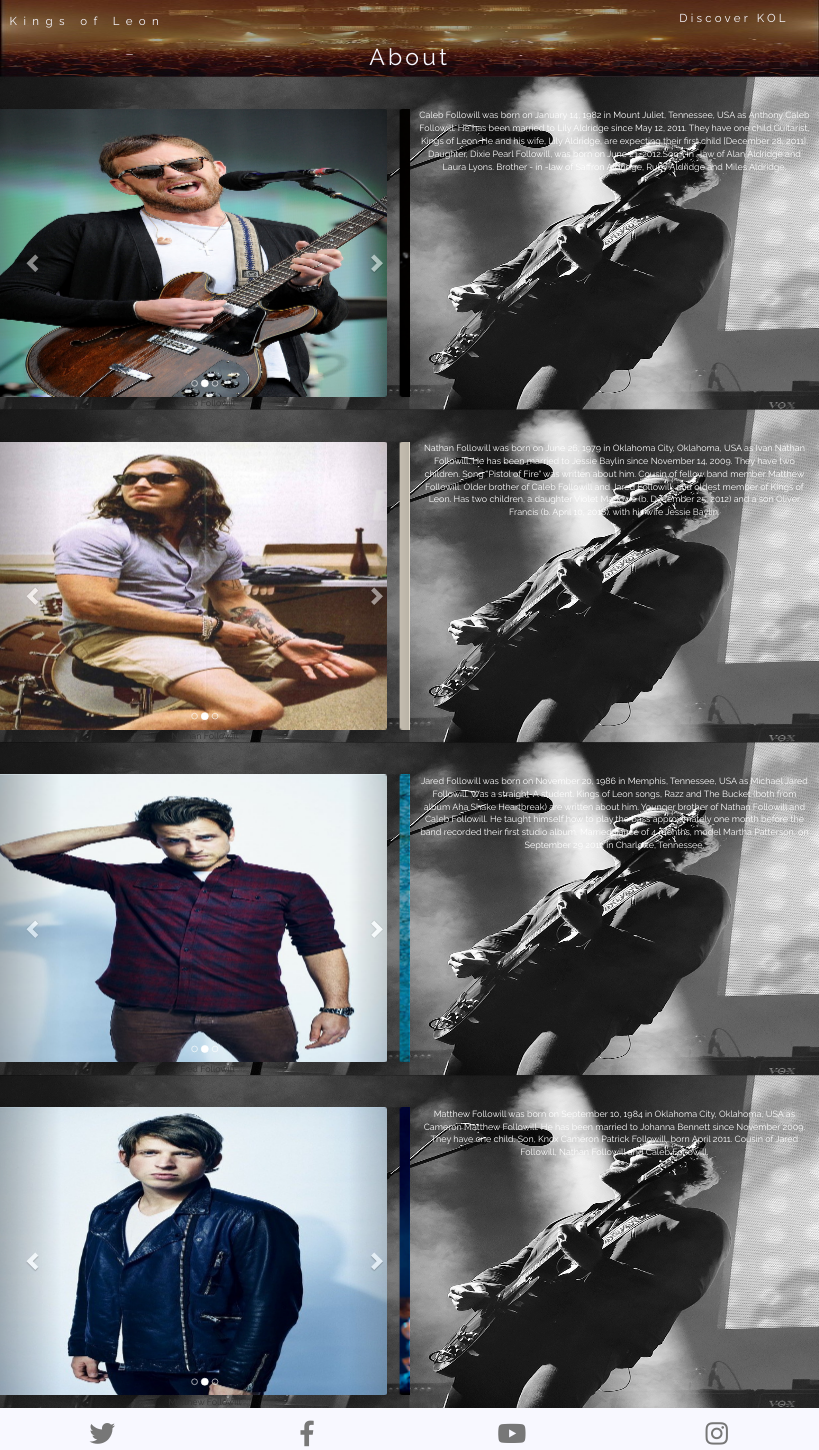
Repository: crocodile008/milestone-project-1
Page: discover.html
The author's editor kept a record of every edit. The page is drawn from the files as they stood at one moment, then again after the next edit.
The browser window is 1280 px wide. The pictures show the whole page, at 64% of full size.
Backgrounds fixed to the window are drawn as part of the page. Some web libraries are served in a nearby version.

Above is the page before.

### discover.html
<!DOCTYPE html>
<html lang="en">

<head>
  <meta charset="UTF-8">
  <meta name="viewport" content="width=device-width, initial-scale=1.0">
  <meta http-equiv="X-UA-Compatible" content="ie=edge">
  <title>Kings of Leon</title>
  <link rel="stylesheet" href="https://maxcdn.bootstrapcdn.com/bootstrap/3.3.7/css/bootstrap.min.css" />
  <link rel="stylesheet" href="https://fonts.googleapis.com/css?family=Raleway" type="text/css" />
  <link href="https://fonts.googleapis.com/css?family=Dancing+Script&display=swap" rel="stylesheet">
  <link rel="stylesheet" href="https://use.fontawesome.com/releases/v5.7.0/css/all.css" type="text/css" />
  <link rel="stylesheet" href="css/hover.css" type="text/css" />
  <link rel="stylesheet" href="css/main.css" type="text/css" />
</head>

<body>
  <nav class="navbar navbar-default">

    <a href="index.html" <div class="navbar-brand">
      <p class="nav-color-darkgray">Kings of Leon</p>
      </div>
    </a>
    <div class="navbar-right hidden-xs dropdown">
      <button class="btn dropdown-toggle discover-btn" type="button" data-toggle="dropdown">Discover KOL</button>
      <ul class="dropdown-menu">
        <li><a href="index.html">Home</a></li>
        <li><a href="listen.html">Listen</a></li>
        <li><a href="watch.html">Watch</a></li>
        <li><a href="tour.html">Tour</a></li>
        <li><a href="discover.html">We're Kings of Leon</a></li>
      </ul>
    </div>


    <button type="button" class="navbar-toggle collapsed" data-toggle="collapse" data-target="#navbar">
                    <span class="sr-only">Toggle navigation</span>
                    <span class="icon-bar"></span>
                    <span class="icon-bar"></span>
                    <span class="icon-bar"></span>
                </button>

    <div class="navbar-collapse collapse" id="navbar">
      <ul class="nav navbar-nav">
        <li class="visible-xs"><a href="index.html">Home</a></li>
        <li class="visible-xs"><a href="listen.html">Listen</a></li>
        <li class="visible-xs"><a href="watch.html">Watch</a></li>
        <li class="visible-xs"><a href="tour.html">Tour</a></li>
        <li class="visible-xs"><a href="discover.html">We're Kings of Leon</a></li>
      </ul>
    </div>

  </nav>
  <section>
    <div class="background-wrapper-watch-small">
      <div class="container-fluid remove-margin-padding discover-container">
        <div class="row remove-margin-padding">
          <div class="col-xs-12 remove-margin-padding center-align">
            <h1 class="standard-color-style-2">About</h1>
          </div>
        </div>
      </div>
      <div class="container-fluid remove-margin-padding">
        <div class="row remove-margin-padding video-container-1">
          <div class="col-xs-12 col-sm-6 remove-margin-padding">
            <div id="carousel-caleb" class="carousel slide" data-ride="carousel">
              <!-- Indicators -->
              <ol class="carousel-indicators">
                <li data-target="#carousel-caleb" data-slide-to="0" class="active"></li>
                <li data-target="#carousel-caleb" data-slide-to="1"></li>
                <li data-target="#carousel-caleb" data-slide-to="2"></li>

              </ol>

              <!-- Wrapper for slides -->
              <div class="carousel-inner" role="listbox">
                <div class="item active">
                  <img class="center-block carousel-image-size" src="images/caleb-2.jpg" alt="...">

                </div>
                <div class="item">
                  <img class="center-block carousel-image-size" src="images/caleb-denim.jpg" alt="...">

                </div>
                <div class="item">
                  <img class="center-block carousel-image-size" src="images/caleb-4.jpg" alt="...">

                </div>

                Caleb Followill
              </div>

              <!-- Controls -->
              <a class="left carousel-control" href="#carousel-caleb" role="button" data-slide="prev">
    <span class="glyphicon glyphicon-chevron-left" aria-hidden="true"></span>
    <span class="sr-only">Previous</span>
  </a>
              <a class="right carousel-control" href="#carousel-caleb" role="button" data-slide="next">
    <span class="glyphicon glyphicon-chevron-right" aria-hidden="true"></span>
    <span class="sr-only">Next</span>
  </a>
            </div>
          </div>
          <div class="col-xs-12 col-sm-6">
            <p class="video-text">
              Caleb Followill was born on January 14, 1982 in Mount Juliet, Tennessee, USA as Anthony Caleb Followill. He has been married to Lily Aldridge since May 12, 2011. They have one child.Guitarist, Kings of Leon. He and his wife, Lily Aldridge, are expecting
              their first child [December 28, 2011]. Daughter, Dixie Pearl Followill, was born on June 21, 2012.Son - in -law of Alan Aldridge and Laura Lyons. Brother - in -law of Saffron Aldridge, Ruby Aldridge and Miles Aldridge.
            </p>
          </div>
        </div>
      </div>

      <div class="container-fluid remove-margin-padding">
        <div class="row remove-margin-padding video-container-2">
          <div class="col-xs-12 col-sm-6 remove-margin-padding">
            <div id="carousel-nathan" class="carousel slide" data-ride="carousel">
              <!-- Indicators -->
              <ol class="carousel-indicators">
                <li data-target="#carousel-nathan" data-slide-to="0" class="active"></li>
                <li data-target="#carousel-nathan" data-slide-to="1"></li>
                <li data-target="#carousel-nathan" data-slide-to="2"></li>
              </ol>

              <!-- Wrapper for slides -->
              <div class="carousel-inner" role="listbox">
                <div class="item active">
                  <img class="center-block carousel-image-size" src="images/nathan-1.jpg" alt="...">

                </div>
                <div class="item">
                  <img class="center-block carousel-image-size" src="images/nathan-2.jpg" alt="...">

                </div>
                <div class="item">
                  <img class="center-block carousel-image-size" src="images/nathan-3.jpg" alt="...">

                </div>
                Nathan Followill
              </div>

              <!-- Controls -->
              <a class="left carousel-control" href="#carousel-nathan" role="button" data-slide="prev">
    <span class="glyphicon glyphicon-chevron-left" aria-hidden="true"></span>
    <span class="sr-only">Previous</span>
  </a>
              <a class="right carousel-control" href="#carousel-nathan" role="button" data-slide="next">
    <span class="glyphicon glyphicon-chevron-right" aria-hidden="true"></span>
    <span class="sr-only">Next</span>
  </a>
            </div>
          </div>
          <div class="col-xs-12 col-sm-6">
            <p class="video-text">
              Nathan Followill was born on June 26, 1979 in Oklahoma City, Oklahoma, USA as Ivan Nathan Followill. He has been married to Jessie Baylin since November 14, 2009. They have two children. Song "Pistol of Fire" was written about him. Cousin of fellow band
              member Matthew Followill. Older brother of Caleb Followill and Jared Followill, and oldest member of Kings of Leon. Has two children, a daughter Violet Marlowe (b. December 25, 2012) and a son Oliver Francis (b. April 10, 2018). with his
              wife Jessie Baylin.
            </p>
          </div>
        </div>
      </div>
      <div class="container-fluid remove-margin-padding">
        <div class="row remove-margin-padding video-container-3">
          <div class="col-xs-12 col-sm-6 remove-margin-padding">
            <div id="carousel-jared" class="carousel slide" data-ride="carousel">
              <!-- Indicators -->
              <ol class="carousel-indicators">
                <li data-target="#carousel-jared" data-slide-to="0" class="active"></li>
                <li data-target="#carousel-jared" data-slide-to="1"></li>
                <li data-target="#carousel-jared" data-slide-to="2"></li>
              </ol>

              <!-- Wrapper for slides -->
              <div class="carousel-inner" role="listbox">
                <div class="item active">
                  <img class="center-block carousel-image-size" src="images/jared-1.jpg" alt="...">

                </div>
                <div class="item">
                  <img class="center-block carousel-image-size" src="images/jared-2.jpg" alt="...">

                </div>
                <div class="item">
                  <img class="center-block carousel-image-size" src="images/jared-3.jpg" alt="...">

                </div>
                Jared Followill
              </div>

              <!-- Controls -->
              <a class="left carousel-control" href="#carousel-jared" role="button" data-slide="prev">
    <span class="glyphicon glyphicon-chevron-left" aria-hidden="true"></span>
    <span class="sr-only">Previous</span>
  </a>
              <a class="right carousel-control" href="#carousel-jared" role="button" data-slide="next">
    <span class="glyphicon glyphicon-chevron-right" aria-hidden="true"></span>
    <span class="sr-only">Next</span>
  </a>
            </div>
          </div>
          <div class="col-xs-12 col-sm-6">
            <p class="video-text">
              Jared Followill was born on November 20, 1986 in Memphis, Tennessee, USA as Michael Jared Followill. Was a straight-A student. Kings of Leon songs, Razz and The Bucket (both from album Aha Shake Heartbreak) are written about him. Younger brother of Nathan
              Followill and Caleb Followill. He taught himself how to play the bass approximately one month before the band recorded their first studio album. Married fiancé of 4 months, model Martha Patterson, on September 29 2012 in Charlotte, Tennessee.
            </p>
          </div>
        </div>
      </div>
      <div class="container-fluid remove-margin-padding">
        <div class="row remove-margin-padding video-container-4">
          <div class="col-xs-12 col-sm-6 remove-margin-padding">
            <div id="carousel-matthew" class="carousel slide" data-ride="carousel">
              <!-- Indicators -->
              <ol class="carousel-indicators">
                <li data-target="#carousel-matthew" data-slide-to="0" class="active"></li>
                <li data-target="#carousel-matthew" data-slide-to="1"></li>
                <li data-target="#carousel-matthew" data-slide-to="2"></li>
              </ol>

              <!-- Wrapper for slides -->
              <div class="carousel-inner" role="listbox">
                <div class="item active">
                  <img class="center-block carousel-image-size" src="images/matthew-1.jpg" alt="...">

                </div>
                <div class="item">
                  <img class="center-block carousel-image-size" src="images/matthew-2.jpg" alt="...">

                </div>
                <div class="item">
                  <img class="center-block carousel-image-size" src="images/matthew-3.jpg" alt="...">

                </div>
                Matthew Followill
              </div>

              <!-- Controls -->
              <a class="left carousel-control" href="#carousel-matthew" role="button" data-slide="prev">
    <span class="glyphicon glyphicon-chevron-left" aria-hidden="true"></span>
    <span class="sr-only">Previous</span>
  </a>
              <a class="right carousel-control" href="#carousel-matthew" role="button" data-slide="next">
    <span class="glyphicon glyphicon-chevron-right" aria-hidden="true"></span>
    <span class="sr-only">Next</span>
  </a>
            </div>
          </div>
          <div class="col-xs-12 col-sm-6">
            <p class="video-text">
              Matthew Followill was born on September 10, 1984 in Oklahoma City, Oklahoma, USA as Cameron Matthew Followill. He has been married to Johanna Bennett since November 2009. They have one child. Son, Knox Cameron Patrick Followill, born April 2011. Cousin
              of Jared Followill, Nathan Followill and Caleb Followill.
            </p>
          </div>
        </div>
      </div>
  </section>

  <footer class="footer">
    <div class="container-fluid footer-container">
      <div class="row">


        <div class="col-xs-12 social-media-section">

          <div class="col-xs-3 twitter-box">
            <a href="https://twitter.com/kingsofleon?lang=en" target="_blank" <i class="fab fa-twitter"></i> </a>
          </div>
          <div class="col-xs-3 facebook-box">
            <a href="https://www.facebook.com/KingsOfLeon/" target="_blank" <i class="fab fa-facebook-f"></i> </a>
          </div>
          <div class="col-xs-3 youtube-box">
            <a href="https://www.youtube.com/channel/UCfJein8E4rcYZSUCc8UqyMA" target="_blank" <i class="fab fa-youtube"></i> </a>
          </div>
          <div class="col-xs-3 instagram-box">
            <a href="https://www.instagram.com/kingsofleon/?hl=en" target="_blank" <i class="fab fa-instagram"></i> </a>
          </div>
        </div>
      </div>
    </div>
  </footer>

  <body>
    <!--JS-->
    <script src="https://code.jquery.com/jquery-3.2.1.min.js " integrity="sha256-hwg4gsxgFZhOsEEamdOYGBf13FyQuiTwlAQgxVSNgt4=" crossorigin=" anonymous "></script>
    <script src="https://maxcdn.bootstrapcdn.com/bootstrap/3.3.7/js/bootstrap.min.js " integrity="sha384-Tc5IQib027qvyjSMfHjOMaLkfuWVxZxUPnCJA7l2mCWNIpG9mGCD8wGNIcPD7Txa " crossorigin="anonymous "></script>





  </body>

Loaded but not shown: css/hover.css (library); css/main.css (1230 lines, source omitted)

After the next edit:
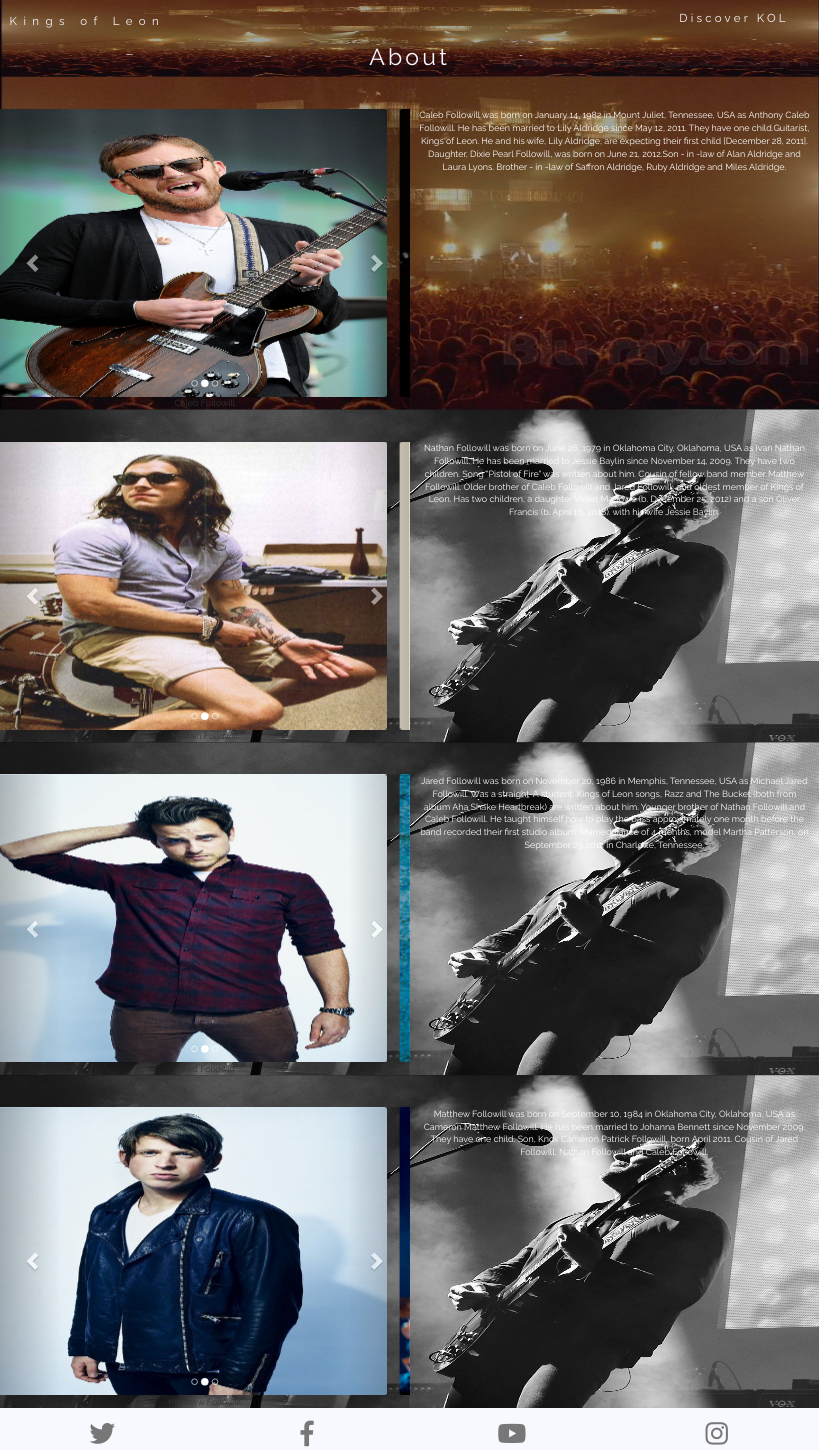
The edit:
--- a/discover.html
+++ b/discover.html
@@ -61,7 +61,7 @@
         </div>
       </div>
       <div class="container-fluid remove-margin-padding">
-        <div class="row remove-margin-padding video-container-1">
+        <div class="row remove-margin-padding discover-container-1">
           <div class="col-xs-12 col-sm-6 remove-margin-padding">
             <div id="carousel-caleb" class="carousel slide" data-ride="carousel">
               <!-- Indicators -->
